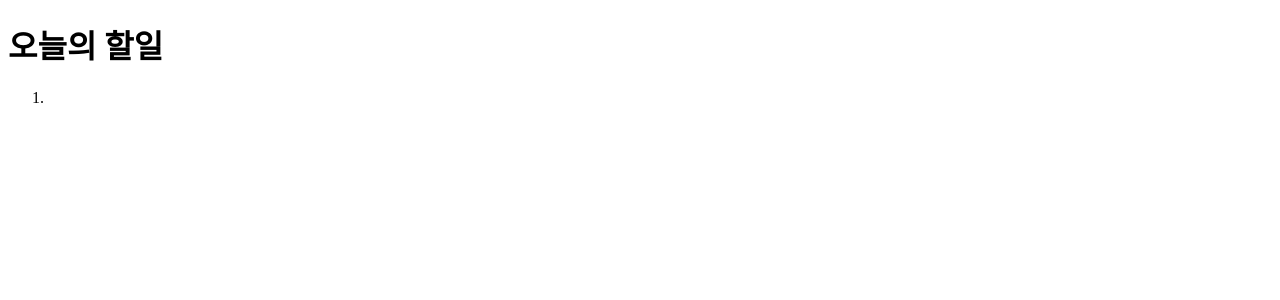
Repository: kmd192kmd/Web
Page: html/HtmlTest/src/main/webapp/ex09_list.html
These files come from the project's save history. The page is drawn as it stood at one moment and after the next save; the edit follows.
The browser window is 1280 px wide. The pictures show the whole page.

Above is the page before, as saved 2026-02-13 01:18:13.

After the next save:
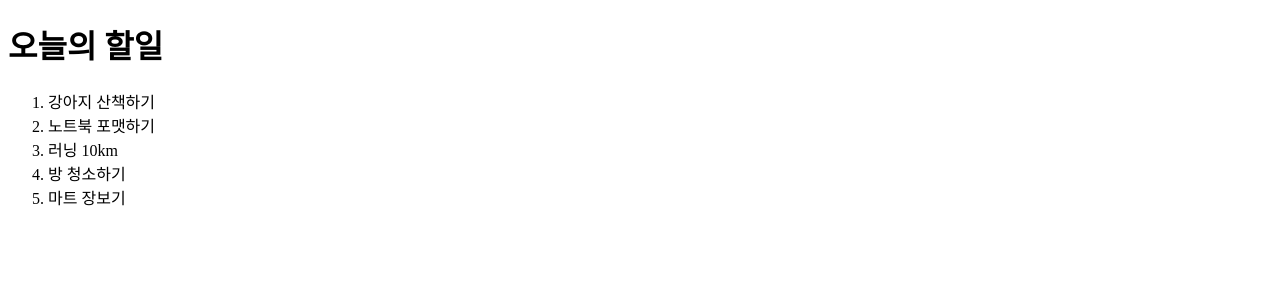
Saved 46 s later.
--- a/html/HtmlTest/src/main/webapp/ex09_list.html
+++ b/html/HtmlTest/src/main/webapp/ex09_list.html
@@ -21,7 +21,11 @@
 	 <h1>오늘의 할일</h1>
 
 	 <ol>
-	 	<li></li>
+	 	<li>강아지 산책하기</li>
+	 	<li>노트북 포맷하기</li>
+	 	<li>러닝 10km</li>
+	 	<li>방 청소하기</li>
+	 	<li>마트 장보기</li>
 	 </ol>
 
 </body>
